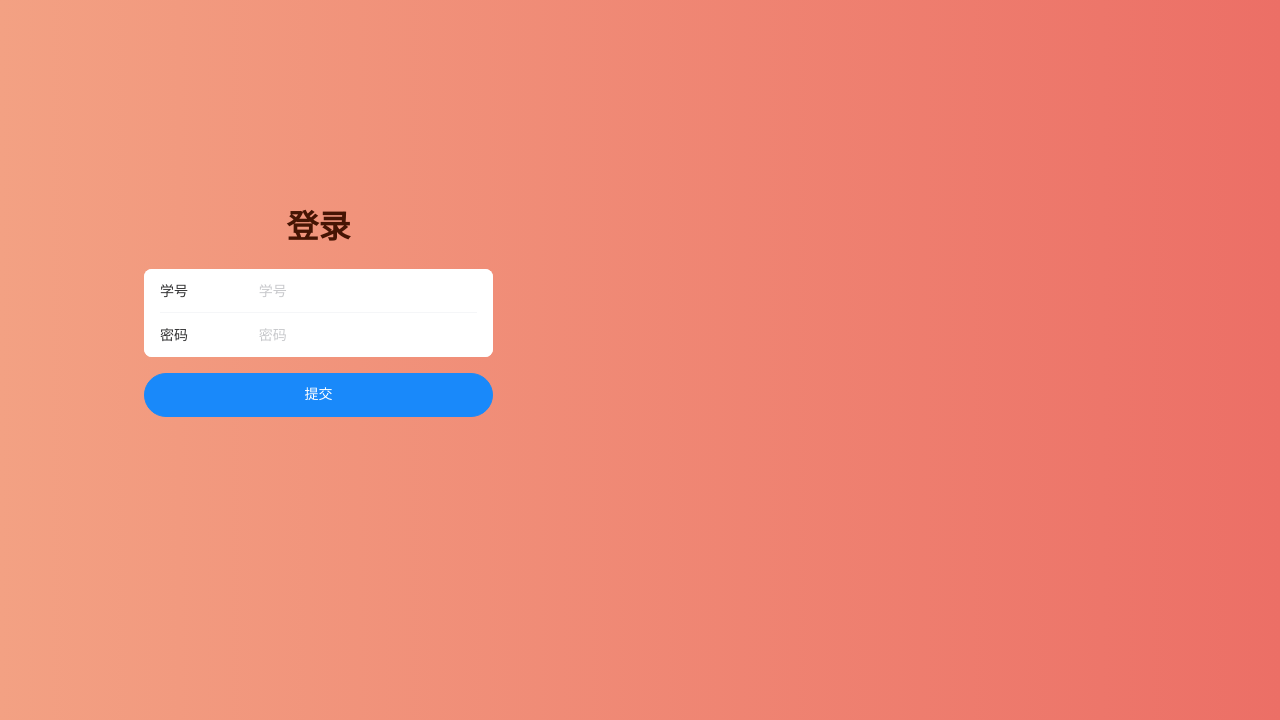
Repository: Qwenicq/new_sys
Page: /login (app in new-syws/)
An editor plug-in stored every save of this project. The page is shown before and after a run of saves, followed by the edit.
The browser window is 1280 px wide. The pictures show the whole page.
The project was rebuilt for these pictures with package versions that can differ from the ones it lists, and the page was loaded fresh each time. Also part of the build but not shown: new-syws/vite.config.js, new-syws/src/components/user.vue.

Above is the page before, as saved 2024-01-27 12:53:00.

After the next 5 saves:
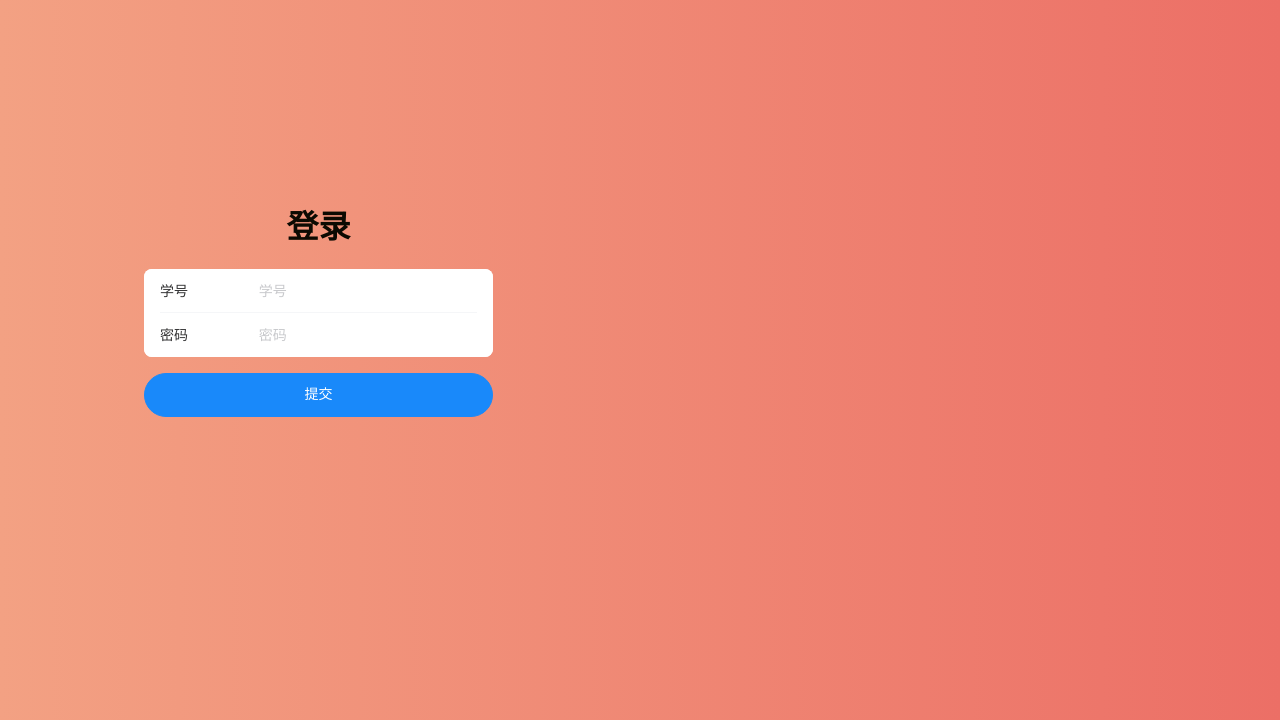
The 5 saves are shown as one change because they came seconds apart.
The last was saved 13 s later.
--- a/new-syws/src/views/login/LoginPage.vue
+++ b/new-syws/src/views/login/LoginPage.vue
@@ -51,7 +51,7 @@
 
 h1 {
   text-align: center;
-  color: #461504;
+  color: #0c0a02;
 }
 .main {
   position: absolute;
